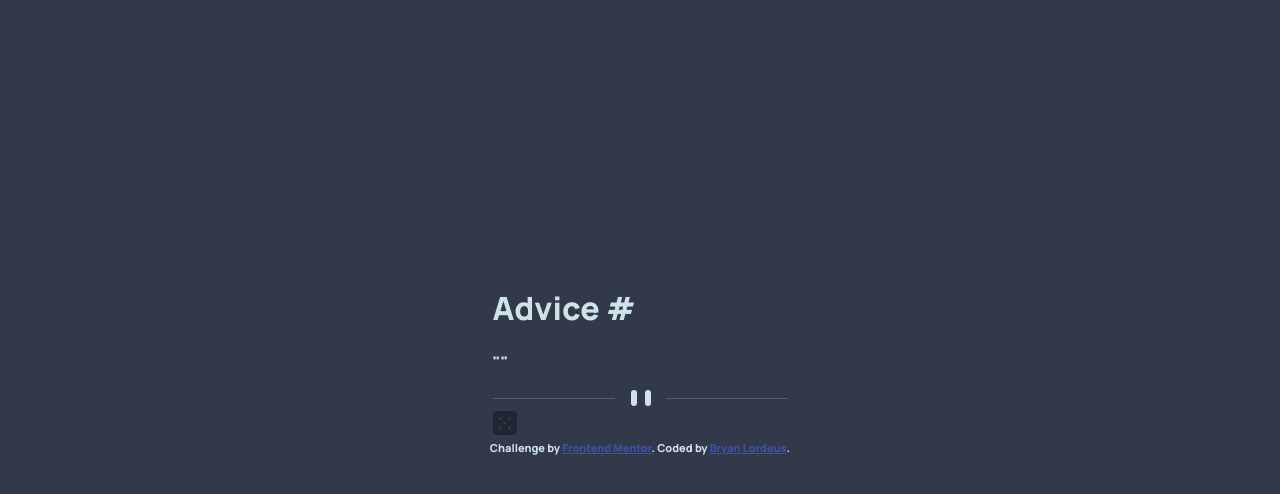
Repository: blordeus/advice-generator-app-main
Page: index.html
An editor plug-in stored every save of this project. The page is shown before and after a run of saves, followed by the edit.
The browser window is 1280 px wide. The pictures show the whole page.

Above is the page before, as saved 2023-08-22 22:17:05.

After the next 2 saves:
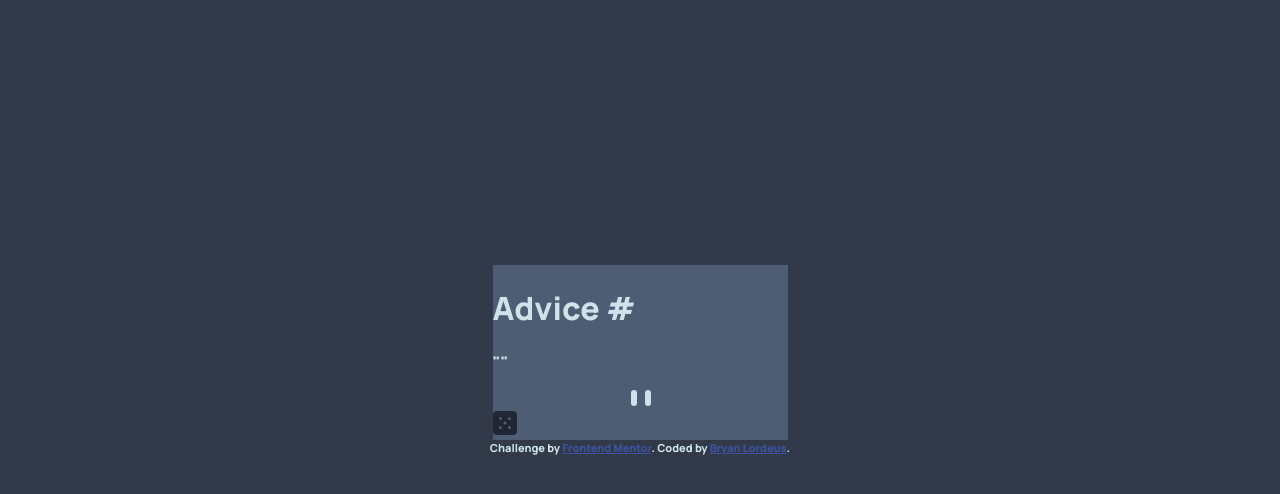
The 2 saves are shown as one change because they came seconds apart.
The last was saved 9 s later.
--- a/index.html
+++ b/index.html
@@ -16,7 +16,7 @@
   </style>
 </head>
 <body>
-  <main>
+  <main class="container">
     <h1>Advice #<!-- Advice ID goes here --></h1>
 
     <p>"<!-- Advice text goes here -->"</p>
